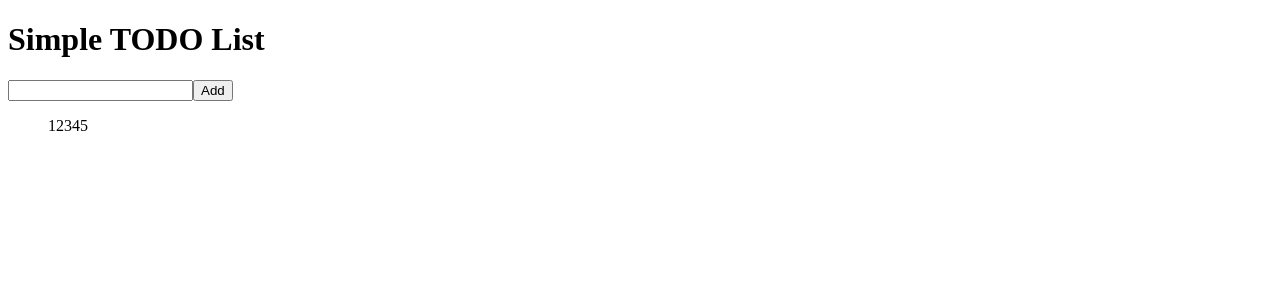
Repository: chenguocan/React-todoList
Page: todolist.html
These files come from the project's save history. The page is drawn as it stood at one moment and after the next save; the edit follows.
The browser window is 1280 px wide. The pictures show the whole page.

Above is the page before, as saved 2020-09-12 15:37:35.

After the next save:
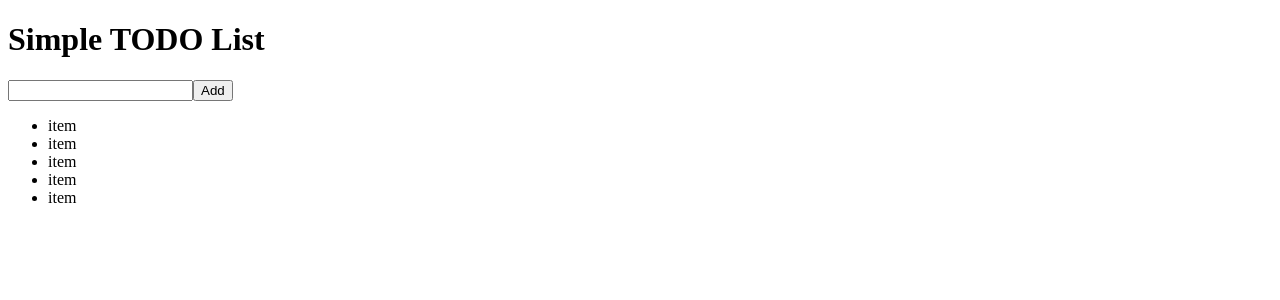
Saved 11 s later.
--- a/todolist.html
+++ b/todolist.html
@@ -57,7 +57,7 @@
                     <div>
                         <ul>
                             {
-                                name.map(item => item)
+                                name.map(item => <li>item</li>)
                             }
                         </ul>
                     </div>
